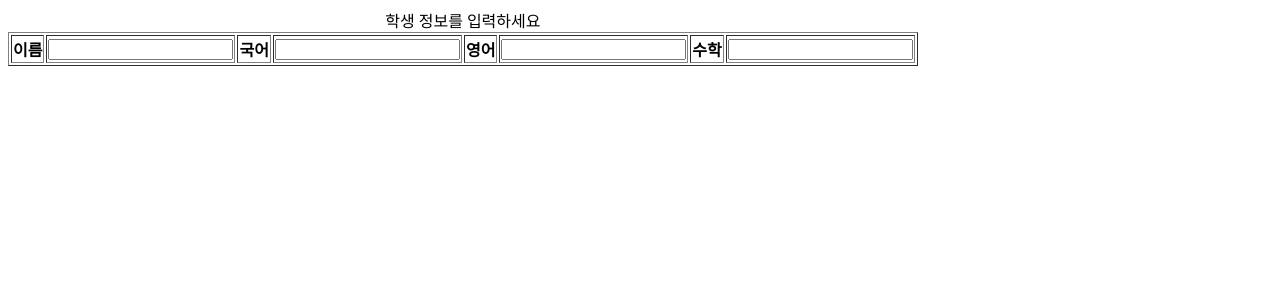
Repository: Heo-sh/Web_Development
Page: http://localhost/Ex_0417_sungjuk/sung_register.jsp
An editor plug-in stored every save of this project. The page is shown before and after the next save, followed by the edit.
The browser window is 1280 px wide. The pictures show the whole page.
The page is served by Tomcat 9.

Above is the page before, as saved 2023-04-17 07:50:12.

After the next save:
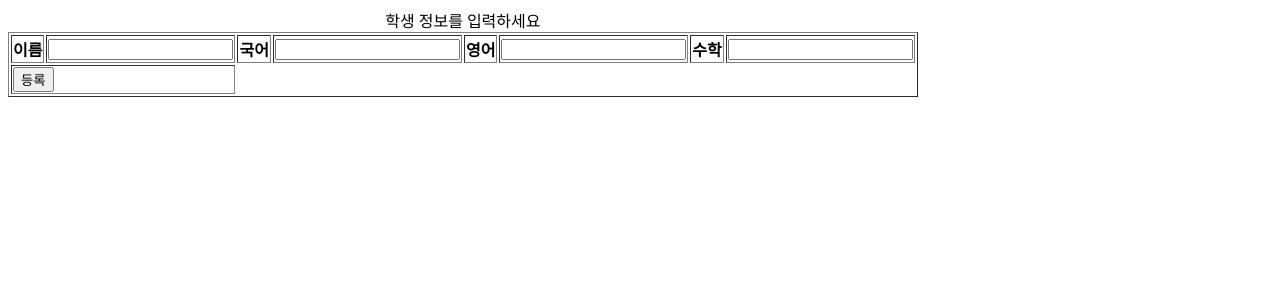
Saved 53 s later.
--- a/Ex_0417_sungjuk/WebContent/sung_register.jsp
+++ b/Ex_0417_sungjuk/WebContent/sung_register.jsp
@@ -36,6 +36,15 @@
 						>
 					</th>
 				</tr>
+				<tr>
+					<td colspan="2">
+						<input
+							type="button"
+							value="등록"
+							onclick="send()"
+						>
+					</td>
+				</tr>
 			</table>
 		</form>
 	</body>
